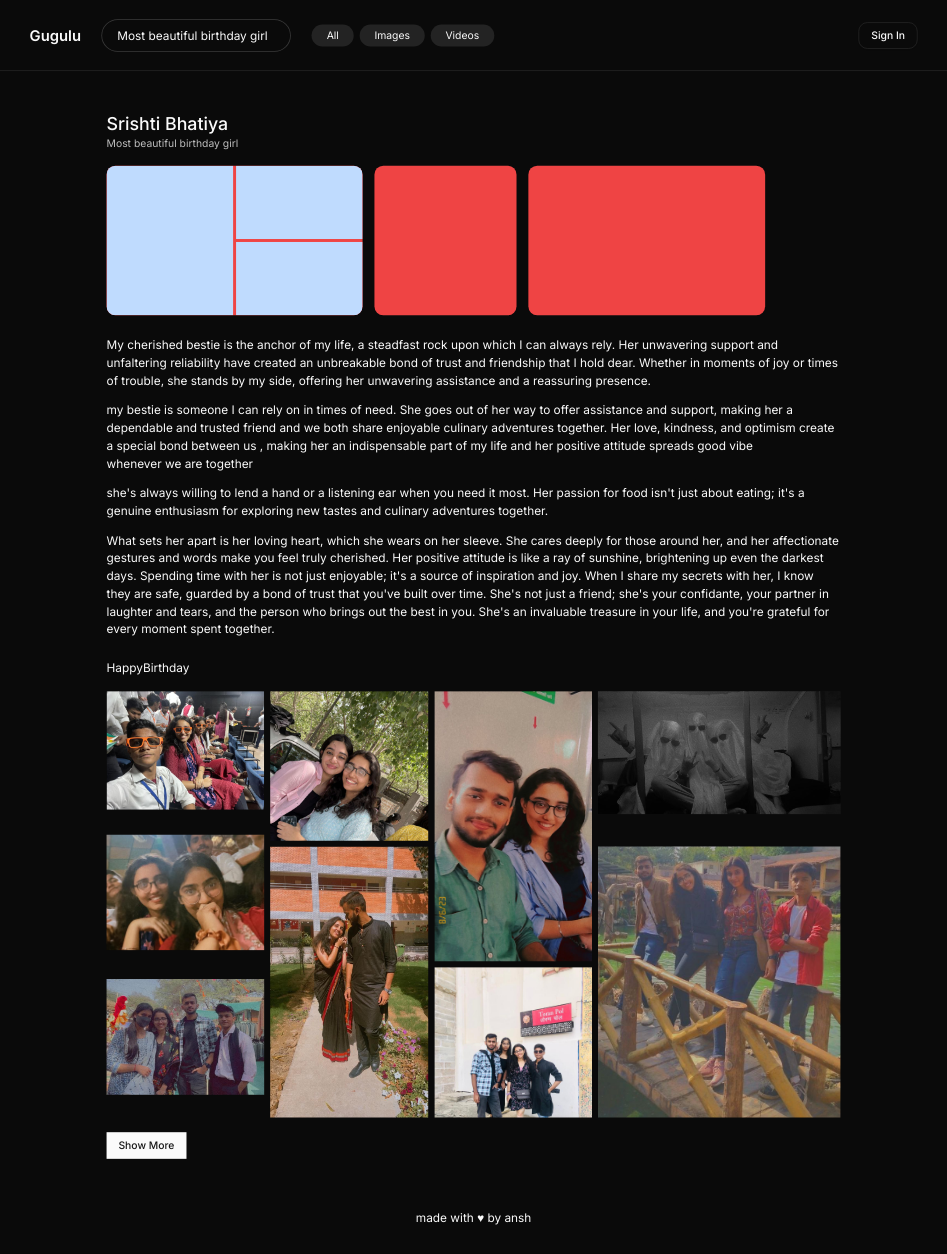
Repository: Harshgoel17/anshfinal
Page: /srishti
These files come from the project's save history. The page is drawn as it stood at one moment and after the next save; the edit follows.
The browser window is 1280 px wide. The pictures show the whole page, at 74% of full size.
The project was rebuilt for these pictures with package versions that can differ from the ones it lists, and the page was loaded fresh each time. The framework's server and built-in components were replaced by stand-ins that run in the browser. Also part of the build but not shown: next.config.js.

Above is the page before, as saved 2023-10-06 17:31:55.

### app/layout.js
import "./globals.css";
import { Inter } from "next/font/google";

const inter = Inter({ subsets: ["latin"] });

export const metadata = {
  title: "Gugulu",
  description: "Generated by create next app",
};

export default function RootLayout({ children }) {
  return (
    <html lang="en">
      <body className={inter.className}>{children}</body>
    </html>
  );
}

### app/srishti/page.jsx
import Gallery from '@/components/Gallery'
import HappyBirthday from '@/components/HappyBirthday'
import Navbar from '@/components/Navbar'
import { Button } from '@/components/ui/button'
import React from 'react'

const page = () => {



  return (
    <div className='overflow-x-hidden'>
        <Navbar />
        <div className='py-14 px-36 gap-5 flex flex-col'>
            <div>
                <h1 className='text-2xl font-medium'>Srishti Bhatiya</h1>
                <p className='text-sm opacity-75'>Most beautiful birthday girl</p>
            </div>

            <div className='flex items-center gap-4'>
                <div className='bg-red-500 lg:w-[27vw] h-[28vh]  rounded-xl flex gap-1 overflow-hidden'>
                    <span className='bg-blue-200 w-[50%] h-full'></span>

                    <div className='flex flex-col gap-1 w-[50%] h-full'>
                        <span className='bg-blue-200 h-[50%] w-full'></span>
                        <span className='bg-blue-200 h-[50%] w-full'></span>
                    </div>
                </div>

                <div className='bg-red-500 lg:w-[15vw] h-[28vh]  rounded-xl flex gap-1 overflow-hidden'>

                </div>

                <div className='bg-red-500 lg:w-[25vw] h-[28vh]  rounded-xl flex gap-1 overflow-hidden'>

                </div>
            </div>

            <div className='text-lol py-2 flex flex-col gap-4'>
                <p>
                My cherished bestie is the anchor of my life, a steadfast rock upon which I can always rely. Her unwavering support and unfaltering reliability have created an unbreakable bond of trust and friendship that I hold dear. Whether in moments of joy or times of trouble, she stands by my side, offering her unwavering assistance and a reassuring presence.


                </p>

                <p>
                my bestie is someone I can rely on in times of need. She goes out of her way to offer assistance and support, making her a dependable and trusted friend and we both share enjoyable culinary adventures together. Her love, kindness, and optimism create a special bond between us , making her an indispensable part of my life and her positive attitude spreads good vibe whenever we are together


                </p>

                <p>
                she's always willing to lend a hand or a listening ear when you need it most. Her passion for food isn't just about eating; it's a genuine enthusiasm for exploring new tastes and culinary adventures together.



                </p>

                <p>
                What sets her apart is her loving heart, which she wears on her sleeve. She cares deeply for those around her, and her affectionate gestures and words make you feel truly cherished. Her positive attitude is like a ray of sunshine, brightening up even the darkest days. Spending time with her is not just enjoyable; it's a source of inspiration and joy.
When I share my secrets with her, I know they are safe, guarded by a bond of trust that you've built over time. She's not just a friend; she's your confidante, your partner in laughter and tears, and the person who brings out the best in you. She's an invaluable treasure in your life, and you're grateful for every moment spent together.
                </p>
            </div>

            <HappyBirthday />

            <Gallery />




            <a href="/srishti/images">
                <Button >Show More</Button>
            </a>



            <div className='mt-12 mb-[-20px] text-center'>
                made with ♥ by ansh
            </div>
        </div>
    </div>
  )
}

export default page

### app/globals.css
@tailwind base;
@tailwind components;
@tailwind utilities;

@layer base {
  :root {
    --background: 0 0% 3.9%;
    --foreground: 0 0% 98%;

    --card: 0 0% 3.9%;
    --card-foreground: 0 0% 98%;

    --popover: 0 0% 3.9%;
    --popover-foreground: 0 0% 98%;

    --primary: 0 0% 98%;
    --primary-foreground: 0 0% 9%;

    --secondary: 0 0% 14.9%;
    --secondary-foreground: 0 0% 98%;

    --muted: 0 0% 14.9%;
    --muted-foreground: 0 0% 63.9%;

    --accent: 0 0% 14.9%;
    --accent-foreground: 0 0% 98%;

    --destructive: 0 62.8% 30.6%;
    --destructive-foreground: 0 0% 98%;

    --border: 0 0% 14.9%;
    --input: 0 0% 14.9%;
    --ring: 0 0% 83.1%;
  }

  .dark {
    --background: 0 0% 3.9%;
    --foreground: 0 0% 98%;

    --card: 0 0% 3.9%;
    --card-foreground: 0 0% 98%;

    --popover: 0 0% 3.9%;
    --popover-foreground: 0 0% 98%;

    --primary: 0 0% 98%;
    --primary-foreground: 0 0% 9%;

    --secondary: 0 0% 14.9%;
    --secondary-foreground: 0 0% 98%;

    --muted: 0 0% 14.9%;
    --muted-foreground: 0 0% 63.9%;

    --accent: 0 0% 14.9%;
    --accent-foreground: 0 0% 98%;

    --destructive: 0 62.8% 30.6%;
    --destructive-foreground: 0 0% 98%;

    --border: 0 0% 14.9%;
    --input: 0 0% 14.9%;
    --ring: 0 0% 83.1%;
  }
}

@layer base {
  * {
    @apply border-border;
  }
  body {
    @apply bg-background text-foreground;
  }
}

### components/Gallery.jsx
import React from 'react'

const Gallery = () => {
  return (
    <div className='h-[80vh] max-h-[80vh] flex gap-2'>
        <div className='grid grid-cols-3 gap-2 h-full  w-full flex-[2]  '>
            <div className='flex flex-col h-full w-full  gap-2'>
                <span className=' w-full h-full relative overflow-hidden'>
                    <img src="/images/34.jpg" alt="" className='absolute'/>
                </span>
                <span className=' w-full h-full relative overflow-hidden'>
                    <img src="/images/33.jpg" alt="" className='absolute scale-[1.6]'/>
                </span>
                <span className=' w-full h-full relative overflow-hidden'>
                    <img src="/images/25.jpg" alt="" className='absolute scale-[1.7]'/>
                </span>
            </div>

            <div className='flex flex-col h-full w-full  gap-2'>
                <span className=' w-full h-full flex-1 relative overflow-hidden'>
                    <img src="/images/79.jpg" alt="" className='absolute '/>
                </span>

                <span className=' w-full h-full flex-[1.8] relative overflow-hidden'>
                    <img src="/images/50.jpg" alt="" className='absolute '/>
                </span>
            </div>

            <div className='flex flex-col h-full w-full  gap-2'>
                <span className=' w-full h-full flex-[1.8] relative overflow-hidden'>
                    <img src="/images/89.jpg" alt="" className='absolute '/>
                </span>
                <span className=' w-full h-full flex-1 relative overflow-hidden'>
                    <img src="/images/36.jpg" alt="" className='absolute '/>
                </span>

            </div>


        </div>

        <div className='flex h-full flex-col w-full flex-1 gap-2  '>
            <span className=' w-full h-full flex-1 relative overflow-hidden'>
                    <img src="/images/13.jpg" alt="" className='absolute scale-[1.13]'/>
                </span>

                <span className=' w-full h-full flex-[1.8] relative overflow-hidden'>
                    <img src="/images/38.jpg" alt="" className='absolute translate-y-[-230px]'/>
                </span>
        </div>
    </div>
  )
}

export default Gallery

### components/HappyBirthday.jsx
import React from 'react'

const HappyBirthday = () => {
  return (
    <div>HappyBirthday</div>
  )
}

export default HappyBirthday

### components/Navbar.jsx
import React from 'react'
import { Button } from "@/components/ui/button";

const Navbar = () => {
  return (
    <div className='flex h-24 w-screen items-center justify-between border-b px-10'>
        <div className='flex gap-7 items-center'>
            <h1 className='text-xl font-semibold'>Gugulu</h1>
            <input type="text" className="bg-background border border-foreground/20 rounded-full h-11 w-[20vw] px-5" value={'Most beautiful birthday girl'}/>

            <div className='flex items-center justify-center gap-2 text-sm'>
                <a href='/srishti' className='rounded-full bg-foreground/10 px-5 py-[5px] cursor-pointer'>All</a>
                <a href='/srishti/images' className='rounded-full bg-foreground/10 px-5 py-[5px] cursor-pointer'>Images</a>
                <a href='/srishti/videos' className='rounded-full bg-foreground/10 px-5 py-[5px] cursor-pointer'>Videos</a>
                {/*  */}
            </div>
        </div>
        <div className='flex items-center gap-6'>
            <Button variant="outline" className="rounded-xl" >Sign In</Button>
        </div>
    </div>
  )
}

export default Navbar

### components/ui/button.jsx
import * as React from "react"
import { Slot } from "@radix-ui/react-slot"
import { cva } from "class-variance-authority";

import { cn } from "@/lib/utils"

const buttonVariants = cva(
  "inline-flex items-center justify-center rounded-md text-sm font-medium transition-colors focus-visible:outline-none focus-visible:ring-1 focus-visible:ring-ring disabled:pointer-events-none disabled:opacity-50",
  {
    variants: {
      variant: {
        default:
          "bg-primary text-primary-foreground shadow hover:bg-primary/90",
        destructive:
          "bg-destructive text-destructive-foreground shadow-sm hover:bg-destructive/90",
        outline:
          "border border-input bg-transparent shadow-sm hover:bg-accent hover:text-accent-foreground",
        secondary:
          "bg-secondary text-secondary-foreground shadow-sm hover:bg-secondary/80",
        ghost: "hover:bg-accent hover:text-accent-foreground",
        link: "text-primary underline-offset-4 hover:underline",
      },
      size: {
        default: "h-9 px-4 py-2",
        sm: "h-8 rounded-md px-3 text-xs",
        lg: "h-10 rounded-md px-8",
        icon: "h-9 w-9",
      },
    },
    defaultVariants: {
      variant: "default",
      size: "default",
    },
  }
)

const Button = React.forwardRef(({ className, variant, size, asChild = false, ...props }, ref) => {
  const Comp = asChild ? Slot : "button"
  return (
    (<Comp
      className={cn(buttonVariants({ variant, size, className }))}
      ref={ref}
      {...props} />)
  );
})
Button.displayName = "Button"

export { Button, buttonVariants }

Loaded but not shown: lib/utils.js (common file); tailwind.config.js (common file)

After the next save:
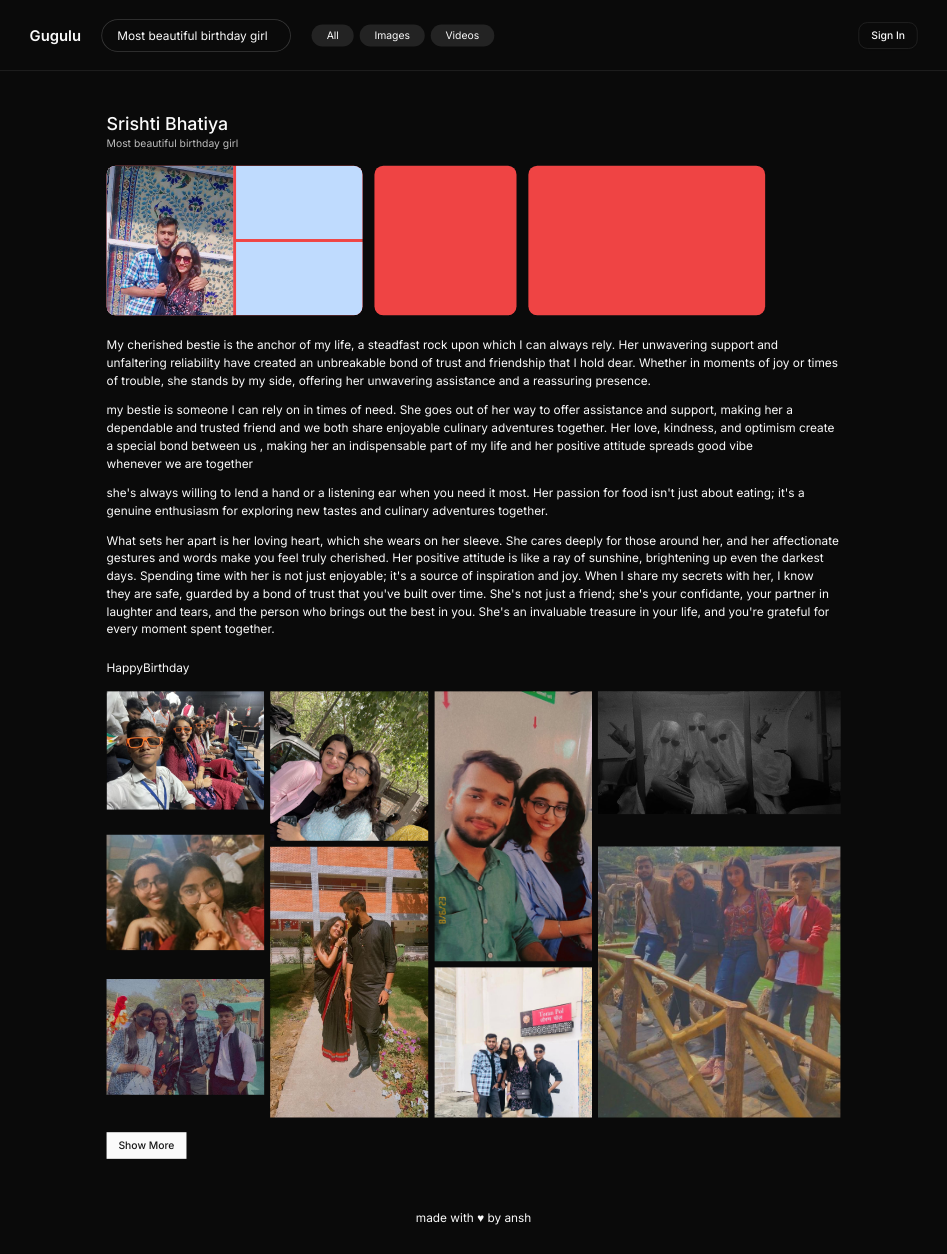
Saved 36 s later.
--- a/app/srishti/page.jsx
+++ b/app/srishti/page.jsx
@@ -19,7 +19,9 @@ const page = () => {
 
             <div className='flex items-center gap-4'>
                 <div className='bg-red-500 lg:w-[27vw] h-[28vh]  rounded-xl flex gap-1 overflow-hidden'>
-                    <span className='bg-blue-200 w-[50%] h-full'></span>
+                    <span className='bg-blue-200 w-[50%] h-full relative'>
+                        <img src="images/18.jpg" alt="" className='absolute' />
+                    </span>
 
                     <div className='flex flex-col gap-1 w-[50%] h-full'>
                         <span className='bg-blue-200 h-[50%] w-full'></span>
